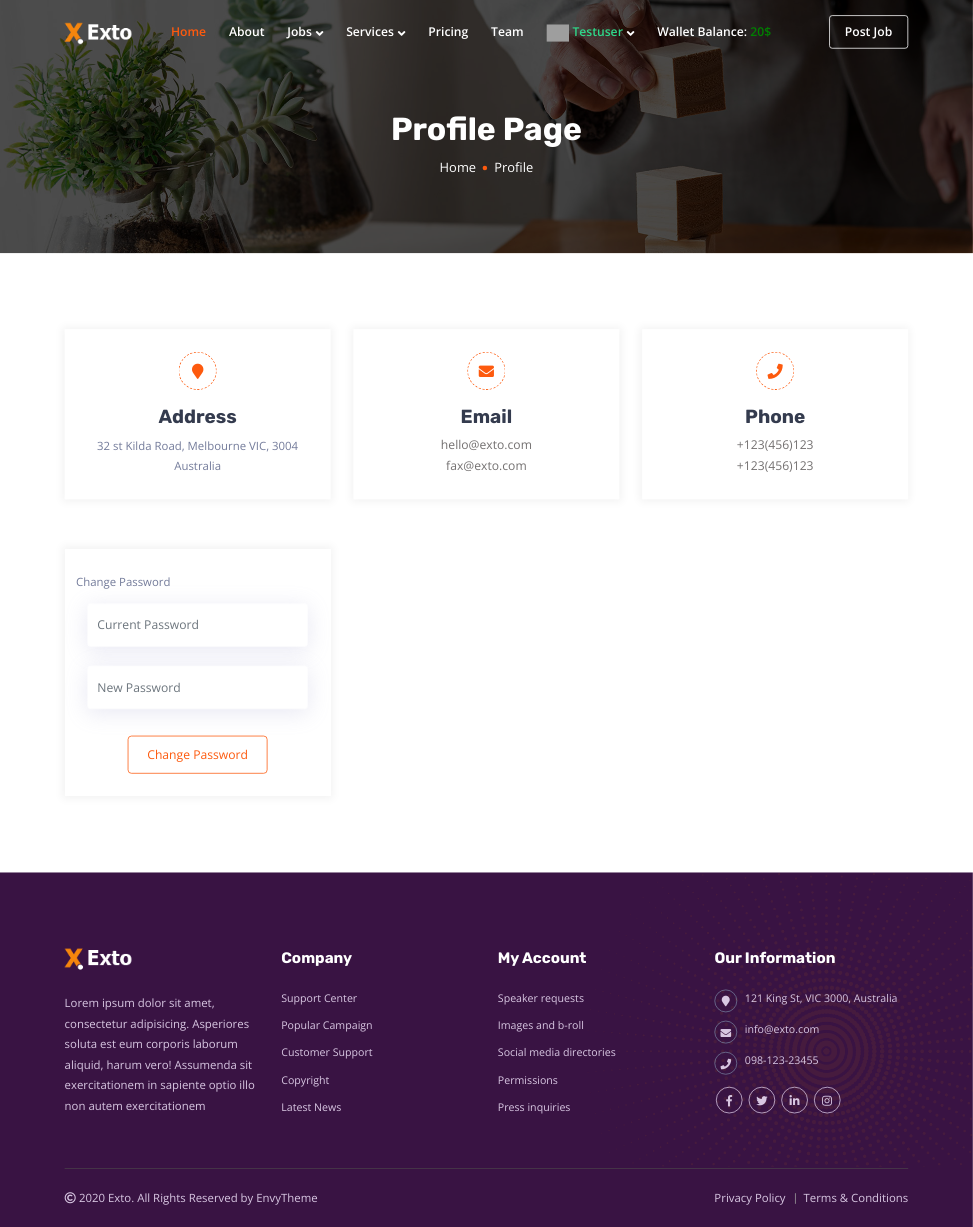
Repository: aakashrajput/XtremeWorks
Page: http://localhost/user/profile
The author's editor kept a copy of each file at every save. The page is drawn from the files as they stood at one save, then again after the next save.
The browser window is 1280 px wide. The pictures show the whole page, at 76% of full size.
Pictures or frames that could not be fetched are drawn as grey boxes. The page is served by the project's Laravel application, run on PHP 8.4 with Laravel 8. A made-up administrator, Test User (test@example.com), is signed in.

Above is the page before, as saved 2020-03-26 14:38:42.

After the next save:
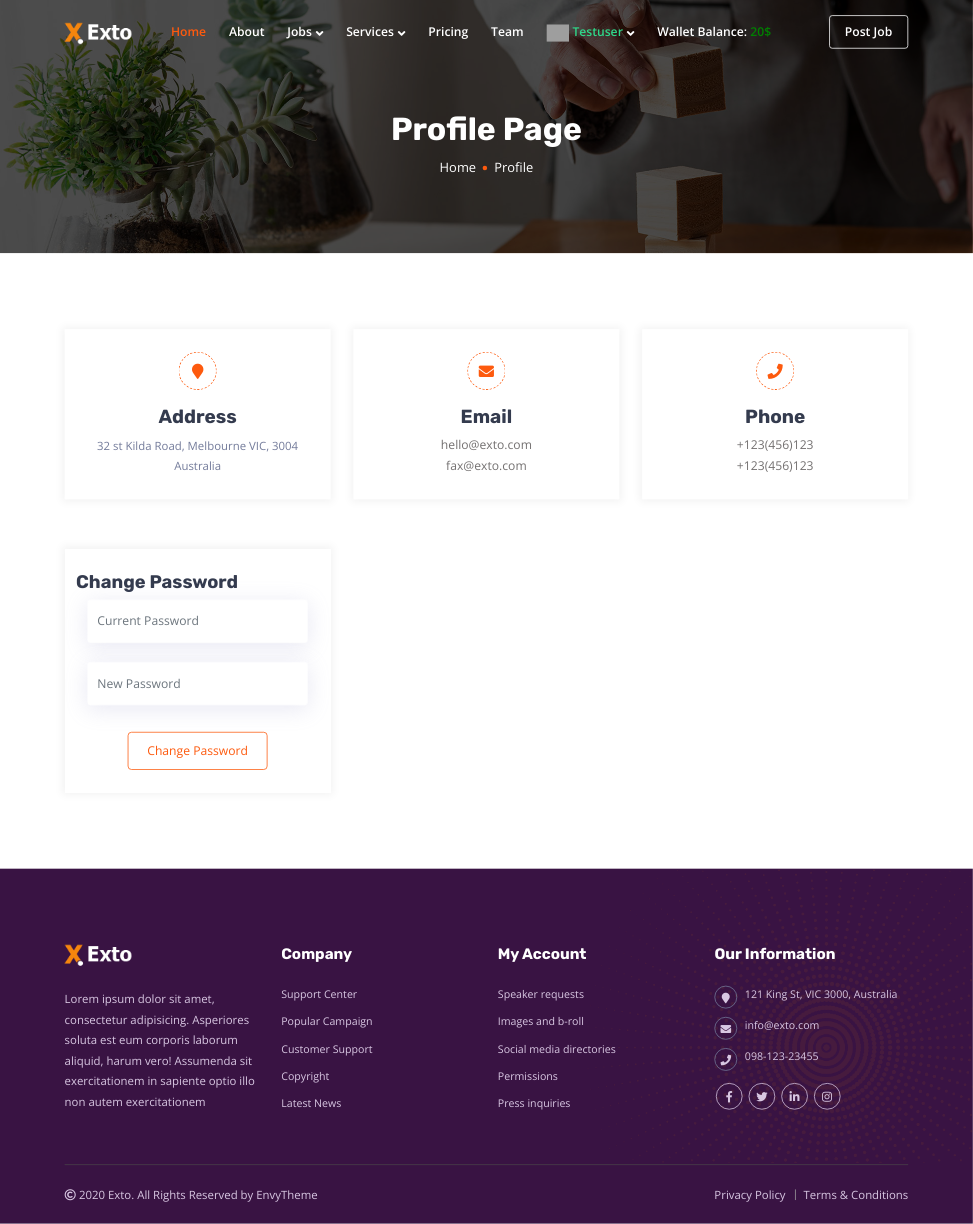
Saved 15 s later.
--- a/resources/views/user/profile.blade.php
+++ b/resources/views/user/profile.blade.php
@@ -66,7 +66,7 @@
                 <div class="contact-form">
                     <form id="contactForm">
                         <div class="row">
-                            <p>Change Password</p>
+                            <h4>Change Password</h4>
                             <div class="col-lg-12">
                                 <div class="form-group">
                                     <input type="text" name="name" class="form-control" placeholder="Current Password">
